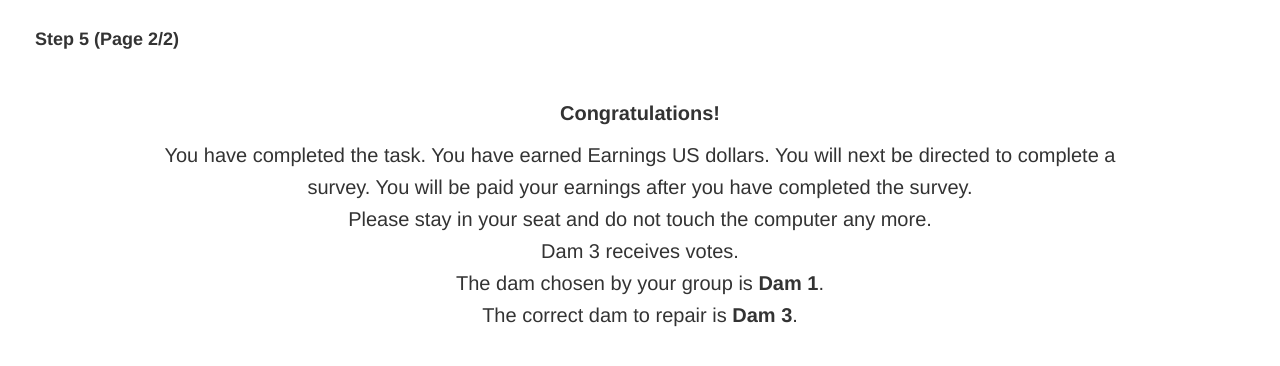
Repository: zmikaya/behavecon
Page: templates/group/Category3Dams_p28.html
The author's editor kept a record of every edit. The page is drawn from the files as they stood at one moment, then again after the next edit.
The browser window is 1280 px wide. The pictures show the whole page.
The template is drawn by Django 2.2. The application's start-up code is not run. Other server files are loaded and not shown. The template is opened directly, without the code that normally fills it, so the values that code supplies are empty.

Above is the page before.
Console error: TypeError: Cannot read properties of null (reading 'getAttribute')

### templates/group/Category3Dams_p28.html
{% extends 'sidebar-base.html' %}
{% load staticfiles %}

{% block body_block %}
    <!-- Page Content -->
    <div id="page-content-wrapper">
        <div class="container-fluid">
            <div class="progess-northwest">
                <h4><b>Step 5 (Page 2/2)</b></h4>
            </div>
            <div class="row">
                <div class="col-lg-1"></div>
                <div class="col-lg-10 center">
                    <p class="no-margn">
                        <b>Congratulations!</b>
                    </p>
                    <p class="no-margin">
                        You have completed the task. You have earned
                        Earnings US dollars. You will next be directed to
                        complete a survey. You will be paid your earnings
                        after you have completed the survey.
                    </p>
                    <p class="no-margin">
                        Please stay in your seat and do not touch the
                        computer any more.
                    </p>
                    <p class="no-margin">
                        Dam 3 receives votes.
                    </p>
                    <p class="no-margin">
                        The dam chosen by your group is <b>Dam 1</b>.
                    </p>
                    <p class="no-margin">
                        The correct dam to repair is <b>Dam 3</b>.
                    </p>
                </div>
            </div>
                    <!--<a href="#menu-toggle" class="btn btn-default" id="menu-toggle">Toggle Menu</a>-->
        </div>
    </div>
    <!-- /#page-content-wrapper -->
{% endblock %}

### templates/sidebar-base.html
<!DOCTYPE html>
{% load staticfiles %}
<html lang="en">

<head>

    <meta charset="utf-8">
    <meta http-equiv="X-UA-Compatible" content="IE=edge">
    <meta name="viewport" content="width=device-width, initial-scale=1">
    <meta name="description" content="">
    <meta name="author" content="">

    <title>BehaveCon</title>

    <!-- Bootstrap Core CSS -->
    <link href="{% static "css/bootstrap.min.css" %}" rel="stylesheet">

    <!-- Custom CSS -->
    <link href="{% static "css/simple-sidebar.css" %}" rel="stylesheet">

    <link href="{% static "css/style.css" %}" rel="stylesheet">

    <script src="{% static "js/jquery.js" %}"></script>

    <script src="{% static "js/embed.js" %}" type="text/javascript"></script>

    <!-- HTML5 Shim and Respond.js IE8 support of HTML5 elements and media queries -->
    <!-- WARNING: Respond.js doesn't work if you view the page via file:// -->
    <!--[if lt IE 9]>
        <script src="https://oss.maxcdn.com/libs/html5shiv/3.7.0/html5shiv.js"></script>
        <script src="https://oss.maxcdn.com/libs/respond.js/1.4.2/respond.min.js"></script>
    <![endif]-->


</head>

<body>

    <!--<div id="wrapper">-->

        <!-- Sidebar -->
    <!--    <div id="sidebar-wrapper">-->
    <!--        <ul class="sidebar-nav">-->
    <!--            <li class="sidebar-brand">-->
    <!--                <a href="#">-->
    <!--                    Start Bootstrap-->
    <!--                </a>-->
    <!--            </li>-->
    <!--            <li>-->
    <!--                <a href="#">Dashboard</a>-->
    <!--            </li>-->
    <!--            <li>-->
    <!--                <a href="#">Shortcuts</a>-->
    <!--            </li>-->
    <!--            <li>-->
    <!--                <a href="#">Overview</a>-->
    <!--            </li>-->
    <!--            <li>-->
    <!--                <a href="#">Events</a>-->
    <!--            </li>-->
    <!--            <li>-->
    <!--                <a href="#">About</a>-->
    <!--            </li>-->
    <!--            <li>-->
    <!--                <a href="#">Services</a>-->
    <!--            </li>-->
    <!--            <li>-->
    <!--                <a href="#">Contact</a>-->
    <!--            </li>-->
    <!--        </ul>-->
    <!--    </div>-->
        <!-- /#sidebar-wrapper -->

        <!-- Page Content -->
        {% block body_block %}{% endblock %}
    <!-- /#wrapper -->

    <!-- jQuery -->
    <script src="{% static "js/jquery.js" %}"></script>

    <!-- Bootstrap Core JavaScript -->
    <script src="{% static "js/bootstrap.min.js" %}"></script>

    <script src="{% static "js/script.js" %}"></script>

    <!-- Menu Toggle Script -->
    <script>
    $("#menu-toggle").click(function(e) {
        e.preventDefault();
        $("#wrapper").toggleClass("toggled");
    });
    </script>

</body>

</html>

### static/css/simple-sidebar.css
/*!
 * Start Bootstrap - Simple Sidebar HTML Template (http://startbootstrap.com)
 * Code licensed under the Apache License v2.0.
 * For details, see http://www.apache.org/licenses/LICENSE-2.0.
 */

/* Toggle Styles */

#wrapper {
    padding-left: 0;
    -webkit-transition: all 0.5s ease;
    -moz-transition: all 0.5s ease;
    -o-transition: all 0.5s ease;
    transition: all 0.5s ease;
}

#wrapper.toggled {
    padding-left: 250px;
}

#sidebar-wrapper {
    z-index: 1000;
    position: fixed;
    left: 250px;
    width: 0;
    height: 100%;
    margin-left: -250px;
    overflow-y: auto;
    background: #000;
    -webkit-transition: all 0.5s ease;
    -moz-transition: all 0.5s ease;
    -o-transition: all 0.5s ease;
    transition: all 0.5s ease;
}

#wrapper.toggled #sidebar-wrapper {
    width: 250px;
}

#page-content-wrapper {
    width: 100%;
    position: absolute;
    padding: 15px;
}

#wrapper.toggled #page-content-wrapper {
    position: absolute;
    margin-right: -250px;
}

/* Sidebar Styles */

.sidebar-nav {
    position: absolute;
    top: 0;
    width: 250px;
    margin: 0;
    padding: 0;
    list-style: none;
}

.sidebar-nav li {
    text-indent: 20px;
    line-height: 40px;
}

.sidebar-nav li a {
    display: block;
    text-decoration: none;
    color: #999999;
}

.sidebar-nav li a:hover {
    text-decoration: none;
    color: #fff;
    background: rgba(255,255,255,0.2);
}

.sidebar-nav li a:active,
.sidebar-nav li a:focus {
    text-decoration: none;
}

.sidebar-nav > .sidebar-brand {
    height: 65px;
    font-size: 18px;
    line-height: 60px;
}

.sidebar-nav > .sidebar-brand a {
    color: #999999;
}

.sidebar-nav > .sidebar-brand a:hover {
    color: #fff;
    background: none;
}

@media(min-width:768px) {
    #wrapper {
        padding-left: 250px;
    }

    #wrapper.toggled {
        padding-left: 0;
    }

    #sidebar-wrapper {
        width: 250px;
    }

    #wrapper.toggled #sidebar-wrapper {
        width: 0;
    }

    #page-content-wrapper {
        padding: 20px;
        position: relative;
    }

    #wrapper.toggled #page-content-wrapper {
        position: relative;
        margin-right: 0;
    }
}

### static/css/style.css
.center {
    text-align: center;
    font-size: 20px;
    margin-top: 3%;
    line-height: 160%;
}

.left-align {
    font-size: 20px;
    margin-top: 3%;
    line-height: 160%;
}

.left-align-width {
    font-size: 20px;
    margin-top: 3%;
    line-height: 160%;
    width: 80% !important;
}

.left-align-no-margin {
    font-size: 20px;
    margin-top: 0;
    line-height: 160%;
}

.inline {
    display: inline-block;
}

.continue {
    margin-top: 10%;
}

.text {
    font-size: 20px;
    line-height: 160%;
}

.left {
    margin-top: 3%;
    width: 50%;
    float: left;
}

.right {
    margin-top: 3%;
    width: 50%;
    float: right;
}

.damTable {
    max-height: 100%;
    max-width: 100%;
    margin-top: 15%;
}

.damContinue {
    float: right;
    font-size: 20px;
    padding-right: 5%;
}

.bullet-points li {
    margin-bottom: 2%;
}

.practice-ml-row{
    height: 150px;
    border-bottom: thick solid #A69F9F;
}

.col-md-6 p{
    margin: 0;
    transform: translateY(50%);
}

.table-center {
    transform: translateY(50%);
}

.table-3-center {
    transform: translateY(20%);
}

.list-no-style {
    list-style-type: none;
}

.list-inline {
    vertical-align: top;
}

.table-inline {
    display: inline-block;
}
.border{
    height: 100%;
    border-left: thick solid #A69F9F;
}

.no-margin {
    margin: 0;
}

.chat {
    margin-top: 4%;
}

.enterinfo {
    width: 15%;
}

.error-msg {
    color: red;
}

.npresent {
    padding-left: 35px;
}



#leftAnswers {
    margin-top: 5%;
}

#black-border {
    border: solid black;
}

### static/js/embed.js
function tlkioOnload() {
    var target_element  = document.getElementById('tlkio'),
        channel_name    = target_element.getAttribute('data-channel'),
        custom_css_path = target_element.getAttribute('data-theme'),
        nickname        = target_element.getAttribute('data-nickname'),
        iframe          = document.createElement('iframe');

    // var iframe_src = 'http://embed.lvh.me:3000/' + channel_name,
    var iframe_src = '//embed.tlk.io/' + channel_name,
        iframe_query = [];


    if (custom_css_path && custom_css_path.length > 0) {
      iframe_query.push('custom_css_path=' + custom_css_path);
    }

    if (nickname && nickname.length > 0) {
      iframe_query.push('nickname=' + nickname);
    }

    if (iframe_query.length > 0) {
      iframe_src += '?' + iframe_query.join('&')
    }

    iframe.setAttribute('src', iframe_src);
    iframe.setAttribute('width', '100%');
    iframe.setAttribute('height', '100%');
    iframe.setAttribute('frameborder', '0');
    iframe.setAttribute('style', 'margin-bottom: -8px;');

    var current_style = target_element.getAttribute('style');
    target_element.setAttribute('style', 'overflow: auto; -webkit-overflow-scrolling: touch;' + current_style);

    target_element.appendChild(iframe);
};

### static/js/script.js
var url = "/Category3Dams/"

function getCookie(name) {
    var cookieValue = null;
    if (document.cookie && document.cookie != '') {
        var cookies = document.cookie.split(';');
        for (var i = 0; i < cookies.length; i++) {
            var cookie = jQuery.trim(cookies[i]);
            // Does this cookie string begin with the name we want?
            if (cookie.substring(0, name.length + 1) == (name + '=')) {
                cookieValue = decodeURIComponent(cookie.substring(name.length + 1));
                break;
            }
        }
    }
    return cookieValue;
}


// $('.next').click(function(){
//     var csrftoken = getCookie('csrftoken');
//     var id = $("#enterid").val();
//     var page = $(this).attr('id')+'/';
//     $.ajax({
//       type: "POST",
//       url: url + page,
//       data: {
//           'id': id,
//           'csrfmiddlewaretoken': csrftoken
//         },
//         success: nextPage,
//         dataType: 'html'
//     });
// });

function dictToList(dict) {
    var keys = Object.keys(dict).sort()
    var data = [];
    for (var i=0; i<keys.length; i++) {
        data.push(dict[keys[i]]);
    }
    return data
}

function ajaxGetPage(page, data){
    var csrftoken = getCookie('csrftoken');
    console.log(url+page)
    var id = $("#enterid").val();
    // var page = $(this).attr('id')+'/';
    if (data) {
        var out = JSON.stringify(dictToList(data));
        console.log(out)
        $.ajax({
          type: "POST",
          url: url + page,
          data: {
              'data': out,
              'csrfmiddlewaretoken': csrftoken
            },
            success: nextPage,
            dataType: 'html'
        });
    }
    else {
        $.ajax({
          type: "POST",
          url: url + page,
          data: {
              'id': id,
              'csrfmiddlewaretoken': csrftoken
            },
            success: nextPage,
            dataType: 'html'
        });
    }
};

function ajaxSendData(page, data){
    var csrftoken = getCookie('csrftoken');
    console.log(url+page)
    var id = $("#enterid").val();
    // var page = $(this).attr('id')+'/';
    if (data) {
        var out = JSON.stringify(dictToList(data));
        console.log(out)
        $.ajax({
          type: "POST",
          url: url + page,
          data: {
              'data': out,
              'csrfmiddlewaretoken': csrftoken
            },
            success: emptyReturn,
            dataType: 'html'
        });
    }
}


function emptyReturn(data, textStatus, jqXHR){
    // var data = $.parseHTML(data);
    // console.log(data)
    // $("html").empty();
    // for(var i=0; i<data.length; i++){
    //     $("html").append(data[i])
    // }
    // if (tlkioOnload) {
    //     tlkioOnload();
    // }
}

// if (tlkioOnload) {
//     tlkioOnload();
// }


// handles the returned html/data from Django
// clears existing body, then replaces it with returned html
var test = null;
function nextPage(data, textStatus, jqXHR){
    test = data;
    var data = $.parseHTML(data);
    console.log(data)
    $("html").empty();
    for(var i=0; i<data.length; i++){
        $("html").append(data[i])
    }
    if (tlkioOnload) {
        tlkioOnload();
    }
}

if (tlkioOnload) {
    tlkioOnload();
}

Loaded but not shown: static/css/bootstrap.min.css (library); static/js/jquery.js (library); static/js/bootstrap.min.js (library)

After the next edit:
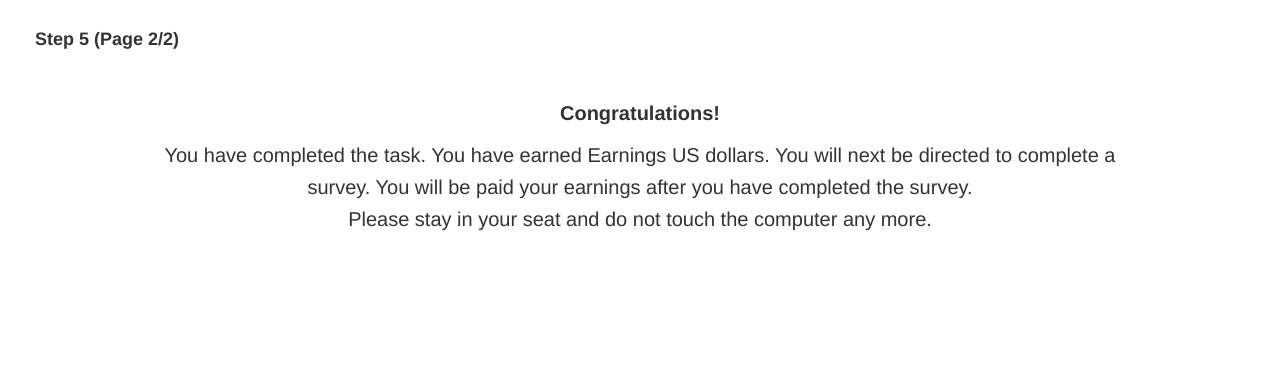
The edit:
--- a/templates/group/Category3Dams_p28.html
+++ b/templates/group/Category3Dams_p28.html
@@ -24,15 +24,6 @@
                         Please stay in your seat and do not touch the
                         computer any more.
                     </p>
-                    <p class="no-margin">
-                        Dam 3 receives votes.
-                    </p>
-                    <p class="no-margin">
-                        The dam chosen by your group is <b>Dam 1</b>.
-                    </p>
-                    <p class="no-margin">
-                        The correct dam to repair is <b>Dam 3</b>.
-                    </p>
                 </div>
             </div>
                     <!--<a href="#menu-toggle" class="btn btn-default" id="menu-toggle">Toggle Menu</a>-->
